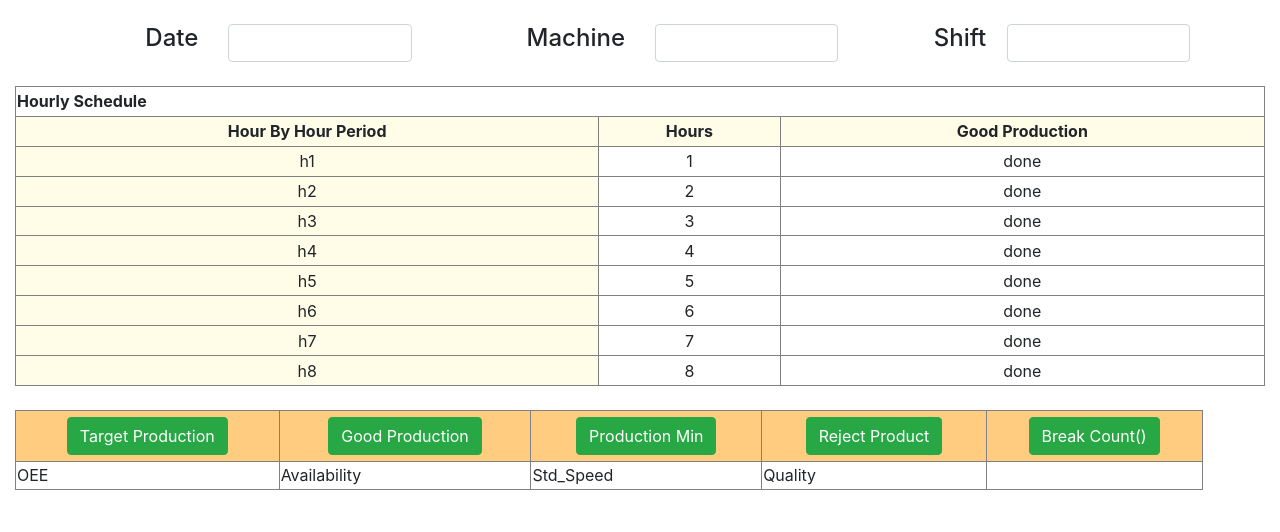
Repository: hisamit97/TVS-Locas
Page: index.html
These files come from the project's save history. The page is drawn as it stood at one moment and after the next save; the edit follows.
The browser window is 1280 px wide. The pictures show the whole page.

Above is the page before, as saved 2020-12-01 11:52:53.

After the next save:
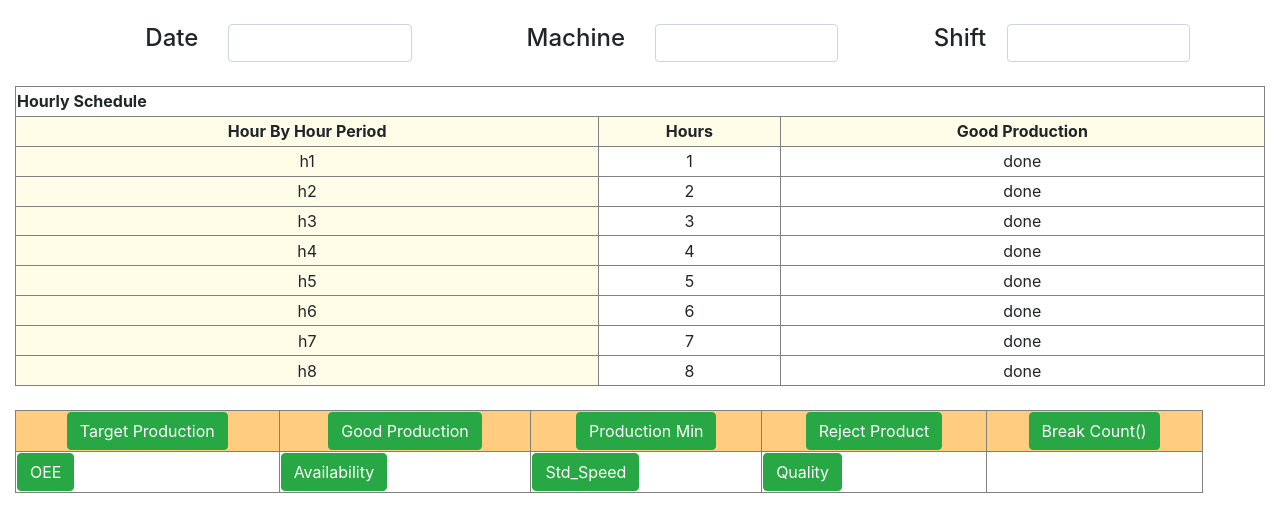
Saved 90 s later.
--- a/index.html
+++ b/index.html
@@ -103,10 +103,10 @@
                     <td><button class="btn btn-success">Break Count()</button></td>
                 </tr>
                 <tr>
-                    <td>OEE</td>
-                    <td>Availability</td>
-                    <td>Std_Speed</td>
-                    <td>Quality</td>
+                    <td><button class="btn btn-success">OEE</button></td>
+                    <td><button class="btn btn-success">Availability</button></td>
+                    <td><button class="btn btn-success">Std_Speed</button></td>
+                    <td><button class="btn btn-success">Quality</button></td>
                 </tr>
             </table>
             </div>
